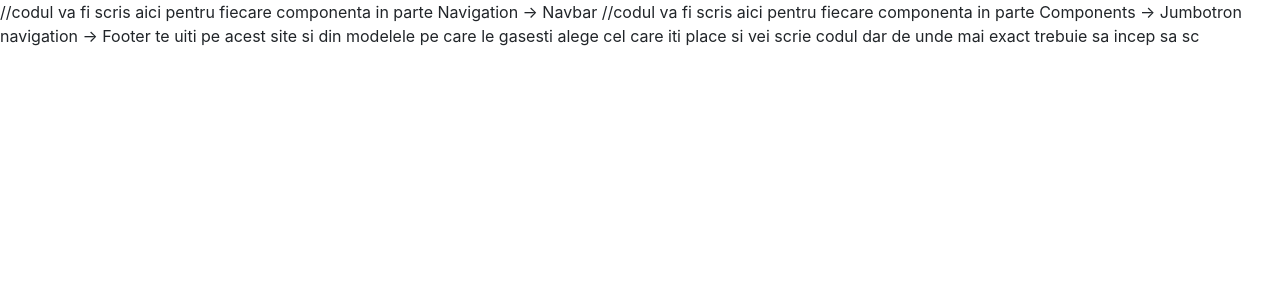
Repository: nicolasolo/bitesizecoding.space
Page: index.html
These files come from the project's save history. The page is drawn as it stood at one moment and after the next save; the edit follows.
The browser window is 1280 px wide. The pictures show the whole page.

Above is the page before, as saved 2020-04-09 17:30:46.

### index.html
<!DOCTYPE html>
<html lang="en">
<head>
    <meta charset="UTF-8">
    <meta name="viewport" content="width=device-width, initial-scale=1.0">
    <title>Trincu-Andrei</title>
    <link rel="stylesheet" href="https://stackpath.bootstrapcdn.com/bootstrap/4.4.1/css/bootstrap.min.css" integrity="sha384-Vkoo8x4CGsO3+Hhxv8T/Q5PaXtkKtu6ug5TOeNV6gBiFeWPGFN9MuhOf23Q9Ifjh" crossorigin="anonymous">

    <link rel="stylesheet" href="css/index.css">
</head>
<body>
<header>
<!-- Navbar-->
//codul va fi scris aici pentru fiecare componenta in parte
Navigation -> Navbar
<!-- Jumbotron -->
//codul va fi scris aici pentru fiecare componenta in parte
Components -> Jumbotron
<!-- Footer-->
navigation -> Footer
te uiti pe acest site si din modelele pe care le gasesti alege cel care iti place
si vei scrie codul
dar de unde mai exact trebuie sa incep sa sc

<script src="https://code.jquery.com/jquery-3.4.1.slim.min.js" integrity="sha384-J6qa4849blE2+poT4WnyKhv5vZF5SrPo0iEjwBvKU7imGFAV0wwj1yYfoRSJoZ+n" crossorigin="anonymous"></script>
<script src="https://cdn.jsdelivr.net/npm/popper.js@1.16.0/dist/umd/popper.min.js" integrity="sha384-Q6E9RHvbIyZFJoft+2mJbHaEWldlvI9IOYy5n3zV9zzTtmI3UksdQRVvoxMfooAo" crossorigin="anonymous"></script>
<script src="https://stackpath.bootstrapcdn.com/bootstrap/4.4.1/js/bootstrap.min.js" integrity="sha384-wfSDF2E50Y2D1uUdj0O3uMBJnjuUD4Ih7YwaYd1iqfktj0Uod8GCExl3Og8ifwB6" crossorigin="anonymous"></script>
    <script src="./js/custom.js"></script>
</body>
</html>
<div></div>

Loaded but not shown: css/index.css (no stored copy; drawn as an empty file); js/custom.js (no stored copy; drawn as an empty file)

After the next save:
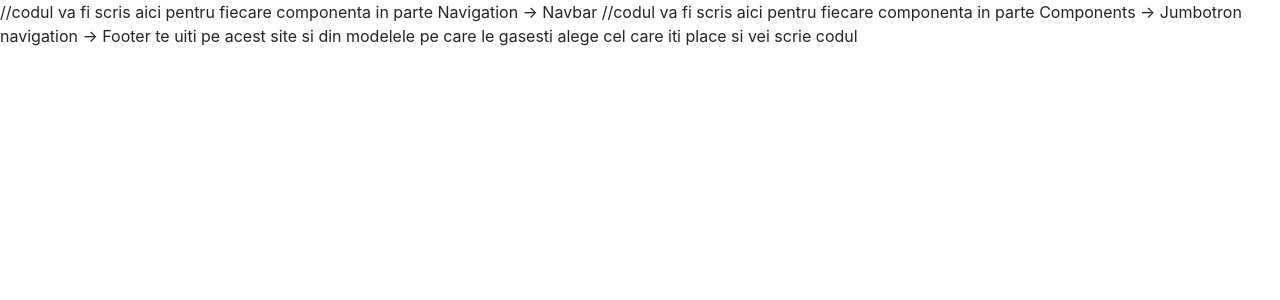
Saved 25 s later.
--- a/index.html
+++ b/index.html
@@ -20,7 +20,7 @@
 navigation -> Footer
 te uiti pe acest site si din modelele pe care le gasesti alege cel care iti place
 si vei scrie codul
-dar de unde mai exact trebuie sa incep sa sc
+
 
 <script src="https://code.jquery.com/jquery-3.4.1.slim.min.js" integrity="sha384-J6qa4849blE2+poT4WnyKhv5vZF5SrPo0iEjwBvKU7imGFAV0wwj1yYfoRSJoZ+n" crossorigin="anonymous"></script>
 <script src="https://cdn.jsdelivr.net/npm/popper.js@1.16.0/dist/umd/popper.min.js" integrity="sha384-Q6E9RHvbIyZFJoft+2mJbHaEWldlvI9IOYy5n3zV9zzTtmI3UksdQRVvoxMfooAo" crossorigin="anonymous"></script>
